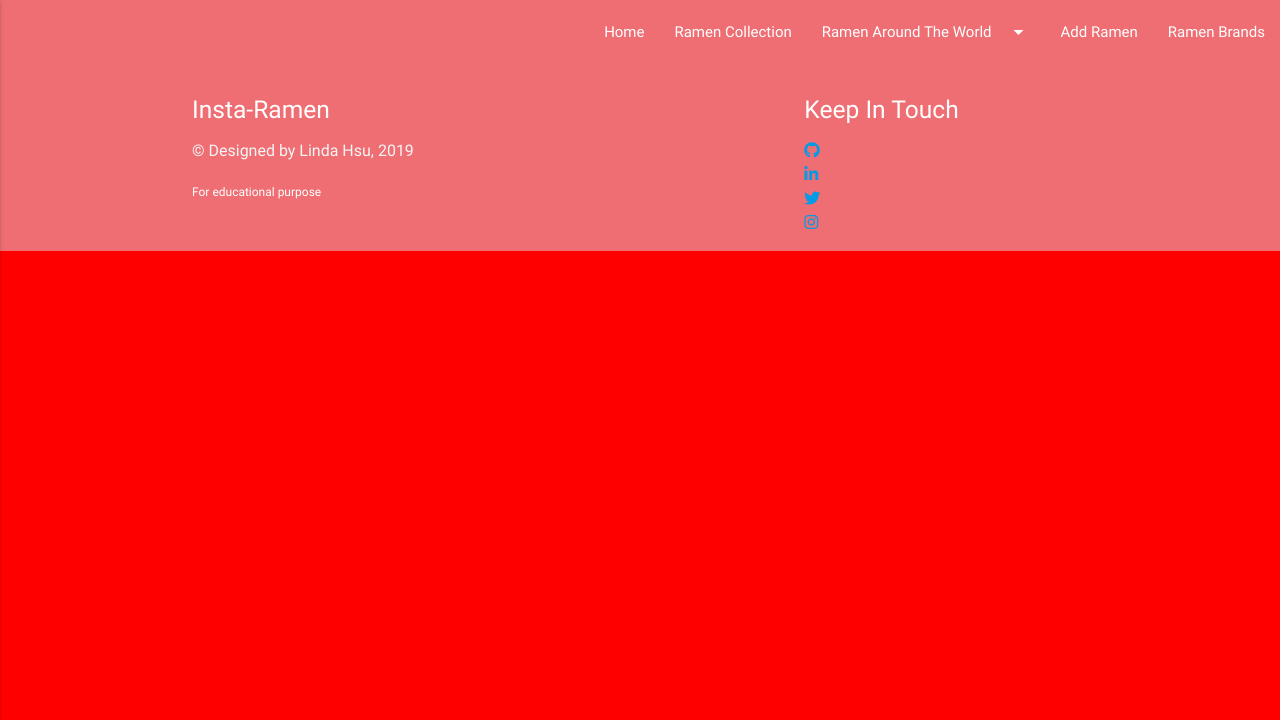
Repository: Paddlepop25/codeinstitute-insta-ramen
Page: templates/base.html
The author's editor kept a record of every edit. The page is drawn from the files as they stood at one moment, then again after the next edit.
The browser window is 1280 px wide. The pictures show the whole page.
Some web libraries are served in a nearby version. The page is served by the project's application, run on Flask 3 (app.py). The template is opened directly, without the code that normally fills it, so the values that code supplies are empty.

Above is the page before.

After the next edit:
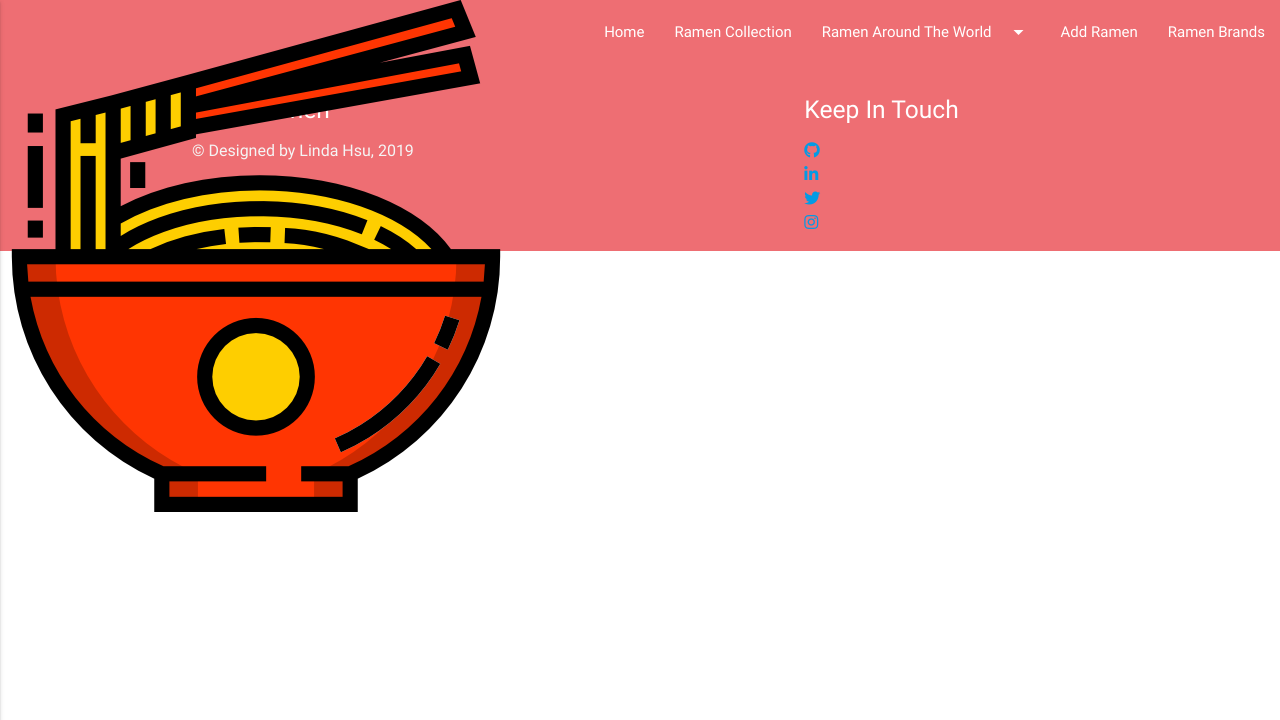
The edit:
--- a/static/styles/base.css
+++ b/static/styles/base.css
@@ -1,24 +1,23 @@
 body {
     font-size: 16px;
-    background: red;
 }
 
-.ramen_logo {
-    width: 2rem;
-    margin-left: 20px;
-    margin-top: 10px;
-}
+/*.ramen_logo {*/
+/*    width: 2rem;*/
+/*    margin-left: 20px;*/
+/*    margin-top: 10px;*/
+/*}*/
 
-.nav-wrapper img {
-    position: relative;
-    top: -64px;
-    z-index: -1;
-}
+/*.nav-wrapper img {*/
+/*    position: relative;*/
+/*    top: -64px;*/
+/*    z-index: -1;*/
+/*}*/
 
-.ramen_form {
-    border: 2px solid black;
-    border-radius: 25px;
-    box-shadow: 2px 2px 8px grey;
-    margin: 100px auto;
-    padding: 85px;
-}
+/*.ramen_form {*/
+/*    border: 2px solid black;*/
+    /*border-radius: 25px;*/
+/*    box-shadow: 2px 2px 8px grey;*/
+/*    margin: 100px auto;*/
+/*    padding: 85px;*/
+/*}*/
